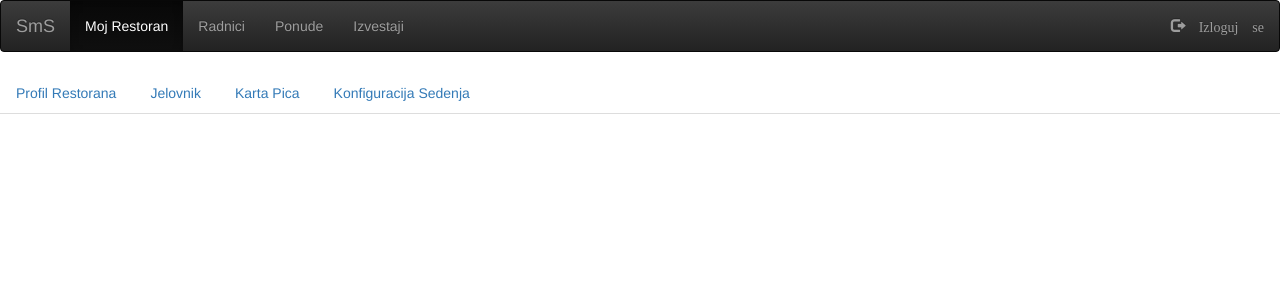
Repository: milanadam94/ISA-2016
Page: jpa-example/src/main/webapp/RestaurantManager/RestaurantManager.html
These files come from the project's save history. The page is drawn as it stood at one moment and after the next save; the edit follows.
The browser window is 1280 px wide. The pictures show the whole page.
The page's requests for data from a server got no answer. Some web libraries are served in a nearby version.

Above is the page before, as saved 2017-03-01 08:12:13.

After the next save:
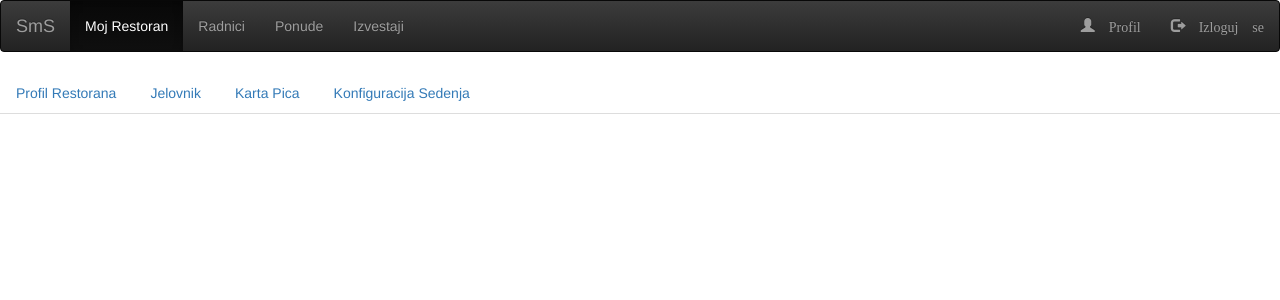
Saved 2 min 8 s later.
--- a/jpa-example/src/main/webapp/RestaurantManager/RestaurantManager.html
+++ b/jpa-example/src/main/webapp/RestaurantManager/RestaurantManager.html
@@ -45,6 +45,7 @@
 			<li><a href="RestourantManagerReport.html">Izvestaji</a></li>
 		</ul>
 		<ul class="nav navbar-nav navbar-right">
+			<li><a href="#"><span class="glyphicon glyphicon-user"> Profil</span> </a>
 			<li><a href="#"><span class="glyphicon glyphicon-log-out"> Izloguj se </span> </a>
 		</ul>
 
